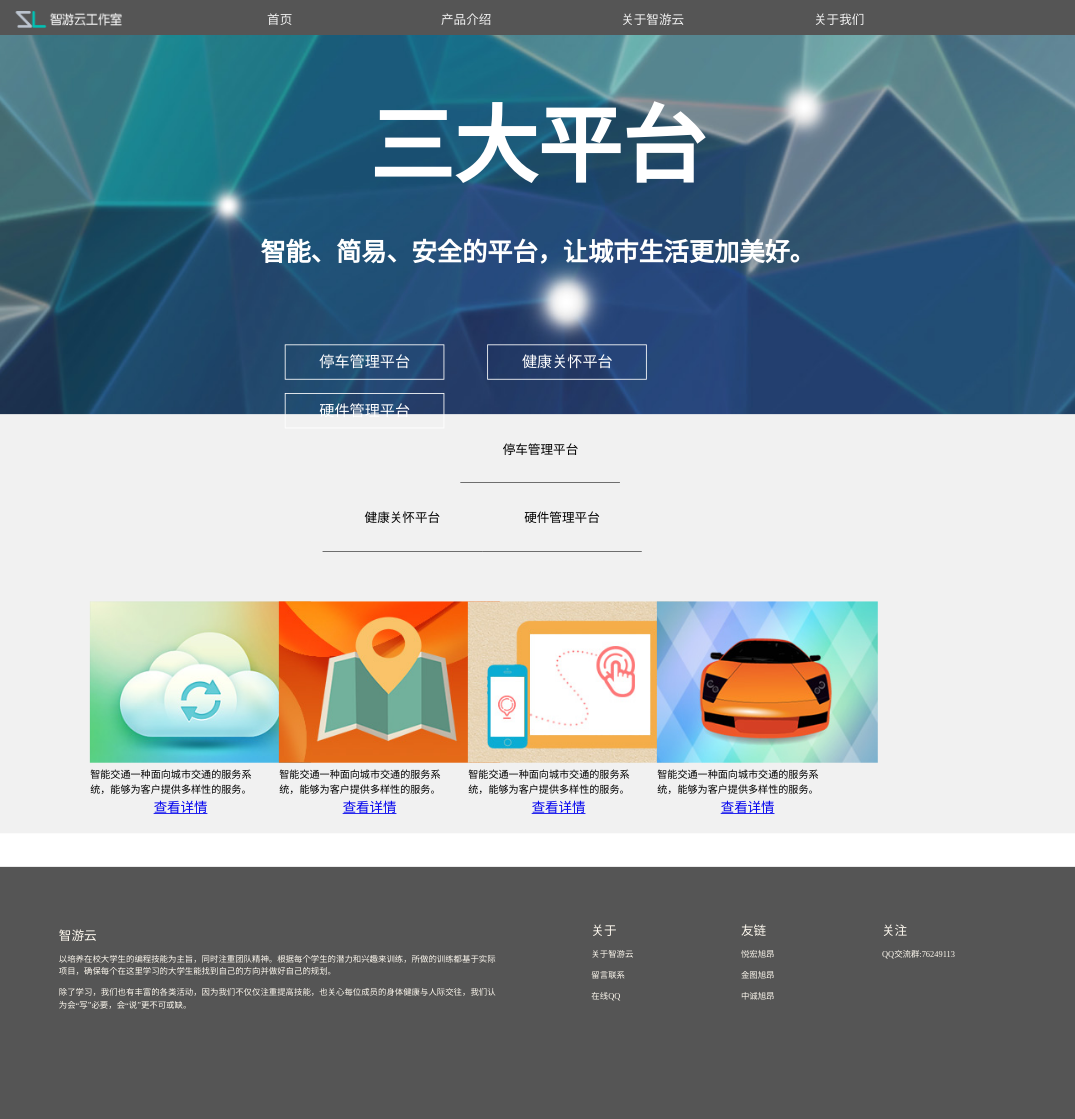
Repository: dakai1234/webTest
Page: 智游云1/product/product.html
These files come from the project's save history. The page is drawn as it stood at one moment and after the next save; the edit follows.
The browser window is 1280 px wide. The pictures show the whole page, at 84% of full size.

Above is the page before, as saved 2021-04-11 22:36:22.

After the next save:
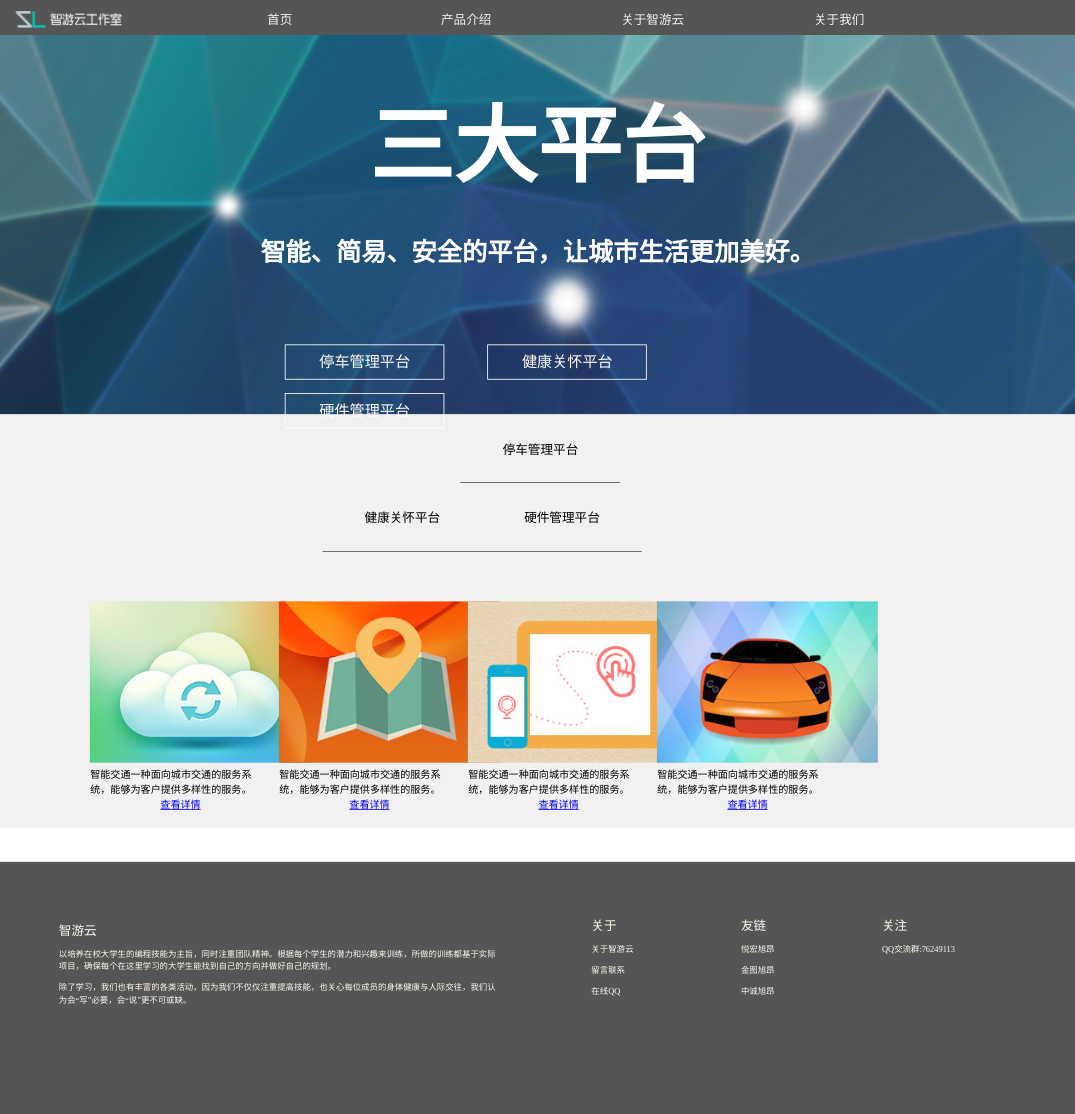
Saved 32 s later.
--- a/智游云1/product/product.css
+++ b/智游云1/product/product.css
@@ -79,3 +79,8 @@
     font-size: 12px;
     text-align: left;
 }
+
+.card a {
+    font-size: 12px;
+    text-align: left;
+}
